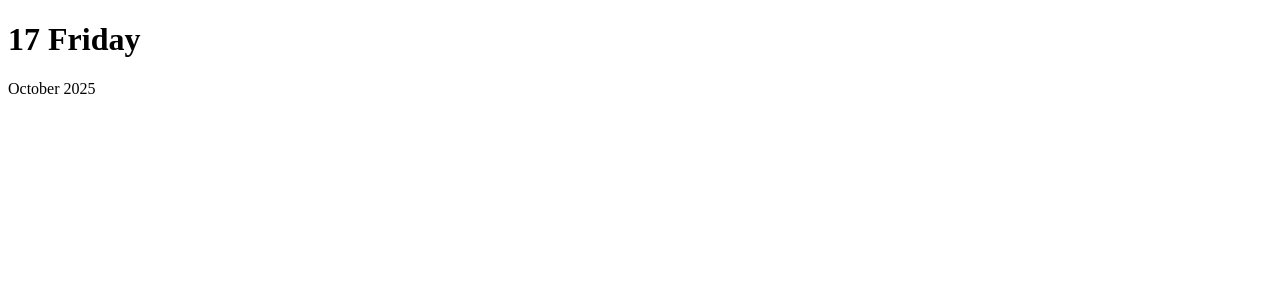
Repository: Ankitkr2021/Calendar
Page: index.html
These files come from the project's save history. The page is drawn as it stood at one moment and after the next save; the edit follows.
The browser window is 1280 px wide. The pictures show the whole page.

Above is the page before, as saved 2025-10-17 19:17:13.
Not found: poppins

After the next save:
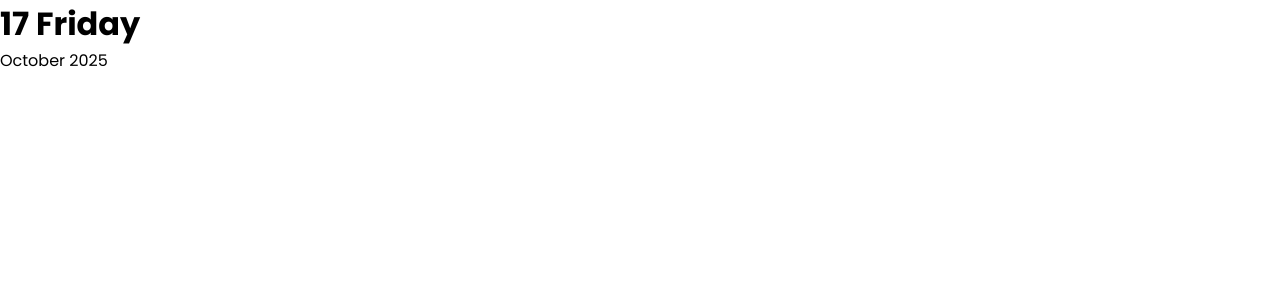
Saved 54 s later.
--- a/style.css
+++ b/style.css
@@ -1 +1,8 @@
-@import url("poppins");
+@import url('https://fonts.googleapis.com/css2?family=Poppins:wght@100;200;300;400;500;600;700;800;900&display=swap');
+
+*{
+    margin: 0;
+    padding: 0;
+    box-sizing: border-box;
+    font-family: "Poppins",sans-serif;
+}
